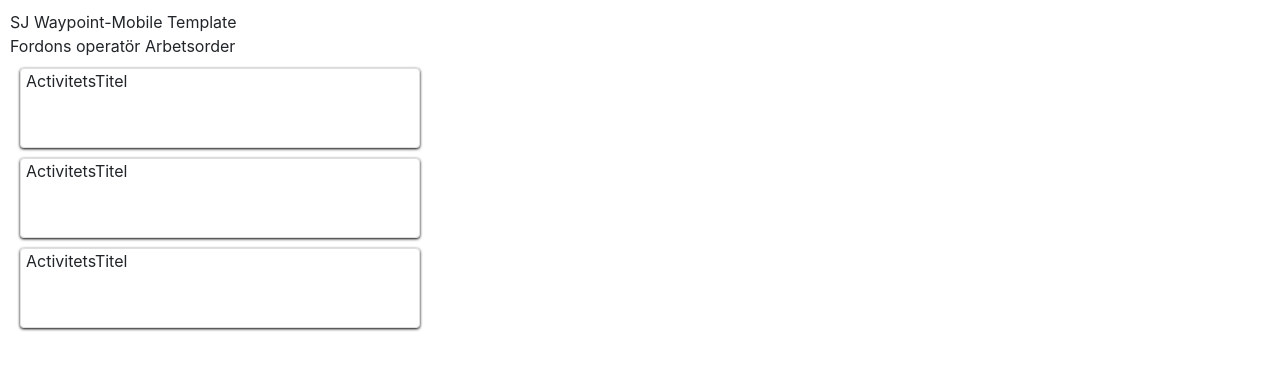
Repository: AdrianaLarsson/yarn-next-typescript
Page: /
An editor plug-in stored every save of this project. The page is shown before and after the next save, followed by the edit.
The browser window is 1280 px wide. The pictures show the whole page.
The project was rebuilt for these pictures with package versions that can differ from the ones it lists, and the page was loaded fresh each time. The framework's server and built-in components were replaced by stand-ins that run in the browser.

Above is the page before, as saved 2021-02-28 11:47:15.

### pages/_app.tsx
// Functionality
import type { AppProps } from 'next/app';
import Head from 'next/head';

// Styling
import 'bootstrap/dist/css/bootstrap.min.css';
import GlobalStyle from '../styles/Globals';
import { sjTheme } from '../styles/Theme';
import { ThemeProvider } from 'styled-components';

// Utils
import GlobalContext from '../components/particles/GlobalContext';

function MyApp({ Component, pageProps }: AppProps): JSX.Element {
  return (
    <>
      <Head>
        <title>SJ Template uhdiuasuasuash</title>
        <meta
          name="viewport"
          content="initial-scale=1.0, width=device-width"
          key="viewport"
        />
        <link rel="favicon" href="/favicon.ico" />
      </Head>
      <GlobalStyle />
      <ThemeProvider theme={sjTheme}>
        <GlobalContext.Provider value={'Context test value'}>
          <Component {...pageProps} />
        </GlobalContext.Provider>
      </ThemeProvider>
    </>
  );
}

export default MyApp;

### pages/index.tsx
// Functionality
import { GetServerSideProps, GetServerSidePropsContext } from 'next';
import VehicleOpreator from '../components/WorkOrderVehicleOperator/vehicleopreator';
import GlobalStyle from '../styles/Globals'
interface serverSideProps {
  dummyPropsValue: string;
}

const Index = (props: serverSideProps): JSX.Element => {
  return (
    <div>
      <main>
        <div>SJ Waypoint-Mobile Template</div>
        <VehicleOpreator/>
        <div>
        </div>
      </main>
    </div>
  );
};

export const getServerSideProps: GetServerSideProps = async (
  context: GetServerSidePropsContext
) => {
  return {
    props: {
      dummyPropsValue: context.resolvedUrl
    }
  };
};

export default Index;

### styles/Globals.ts
import { createGlobalStyle } from 'styled-components';

export default createGlobalStyle`
    body,
    container {
      padding: 10px;
      display: center;
      flex-direction: column;
      align-items: center;
    },
    html {
        padding: 0;
        margin: 0;
        font-family: "-apple-system", "BlinkMacSystemFont", "Segoe UI", "Roboto",
            "Oxygen", "Ubuntu", "Cantarell", "Fira Sans", "Droid Sans", "Helvetica Neue",
            "sans-serif";
        height: 1px;
        margin: auto;
    }
    a {
        color: inherit;
        text-decoration: none;
    }
    * {
        -webkit-box-sizing: border-box;
        box-sizing: border-box;
    }
`;

### styles/Theme.ts
import { DefaultTheme } from 'styled-components';

const sjTheme: DefaultTheme = {
  colors: {
    main: 'black',
    secondary: 'gray'
  }
};

export { sjTheme };

### components/particles/GlobalContext.tsx
import { createContext } from 'react';

const GlobalContext = createContext(null);

export default GlobalContext;

### components/WorkOrderVehicleOperator/vehicleopreator.tsx
import React from 'react'
import StyledCard from '../organisms/Card/Card'

function vehicleOpreator() {
    return (
        <div>
            Fordons operatör Arbetsorder
         <StyledCard>
             ActivitetsTitel
         </StyledCard>
         <StyledCard>
             ActivitetsTitel
         </StyledCard>
         <StyledCard>
             ActivitetsTitel
         </StyledCard>
        </div>
    )
}

export default vehicleOpreator

### components/organisms/Card/Card.tsx
//Components
import Card from 'react-bootstrap/Card';
//Packages
import styled from 'styled-components/'
import px2vw from '../../../styles/px2vw';

const StyledCard = styled(Card)`
display: flex;
width: ${px2vw(280, 320)};
height: 5em;
margin: 10px;
padding-left: 5px;
background-color: rgba(0,0,0,0.0);
box-shadow: 0 1px 3px 0 rgba(0,0,0, 1.5);
border-radius: 4px;
@media (min-width: 1024px) {
    width: ${px2vw(100, 320)};
  }
`;
export default StyledCard;

Loaded but not shown: styles/px2vw.tsx (common file)

After the next save:
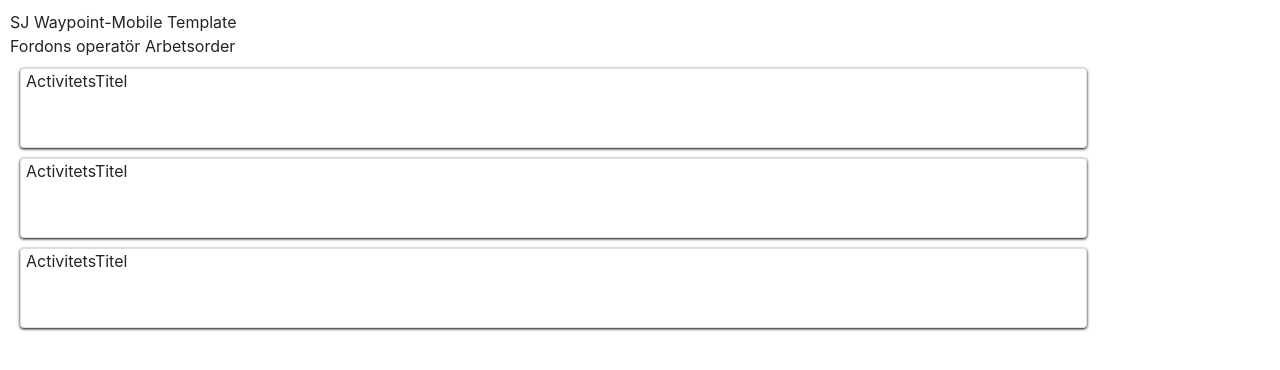
Saved 4 s later.
--- a/components/organisms/Card/Card.tsx
+++ b/components/organisms/Card/Card.tsx
@@ -14,7 +14,7 @@ background-color: rgba(0,0,0,0.0);
 box-shadow: 0 1px 3px 0 rgba(0,0,0, 1.5);
 border-radius: 4px;
 @media (min-width: 1024px) {
-    width: ${px2vw(100, 320)};
+    width: ${px2vw(100, 120)};
   }
 `;
 export default StyledCard;
